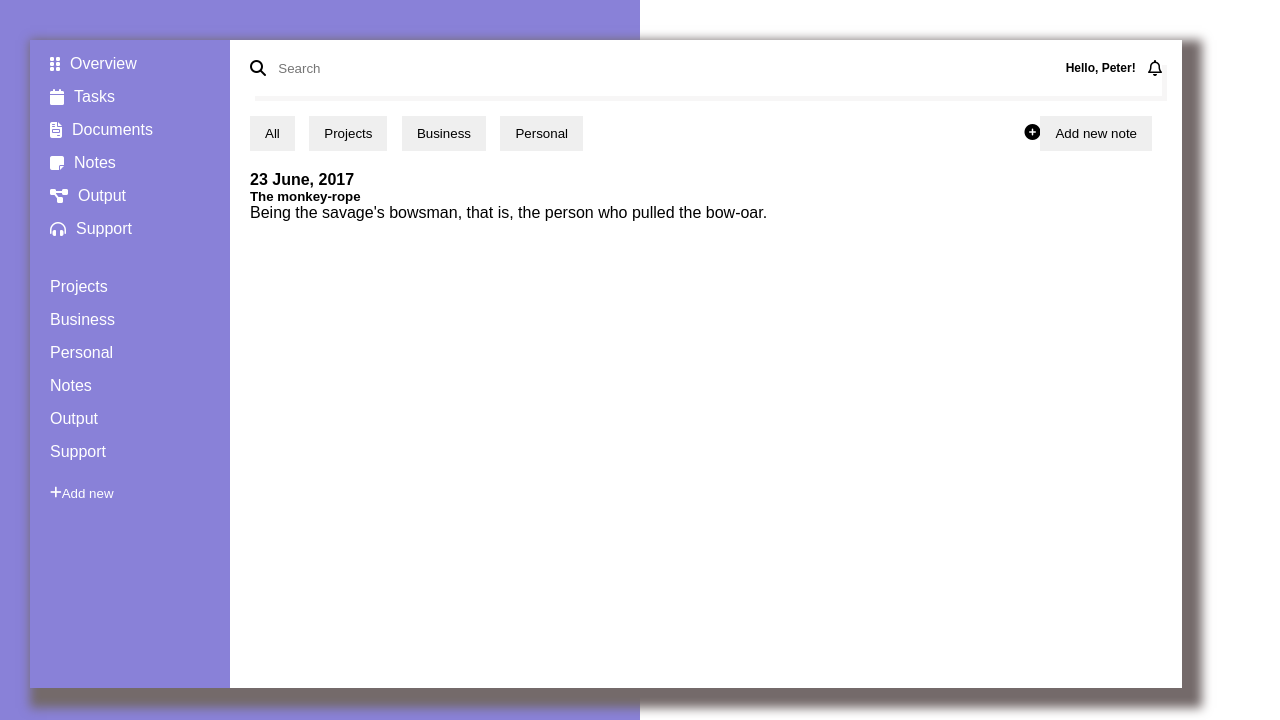
Repository: SatenikGabrielyan/HTML_CSS-_Assignment
Page: index.html
These files come from the project's save history. The page is drawn as it stood at one moment and after the next save; the edit follows.
The browser window is 1280 px wide. The pictures show the whole page.
Some web libraries are served in a nearby version.

Above is the page before, as saved 2025-03-18 00:29:33.

After the next save:
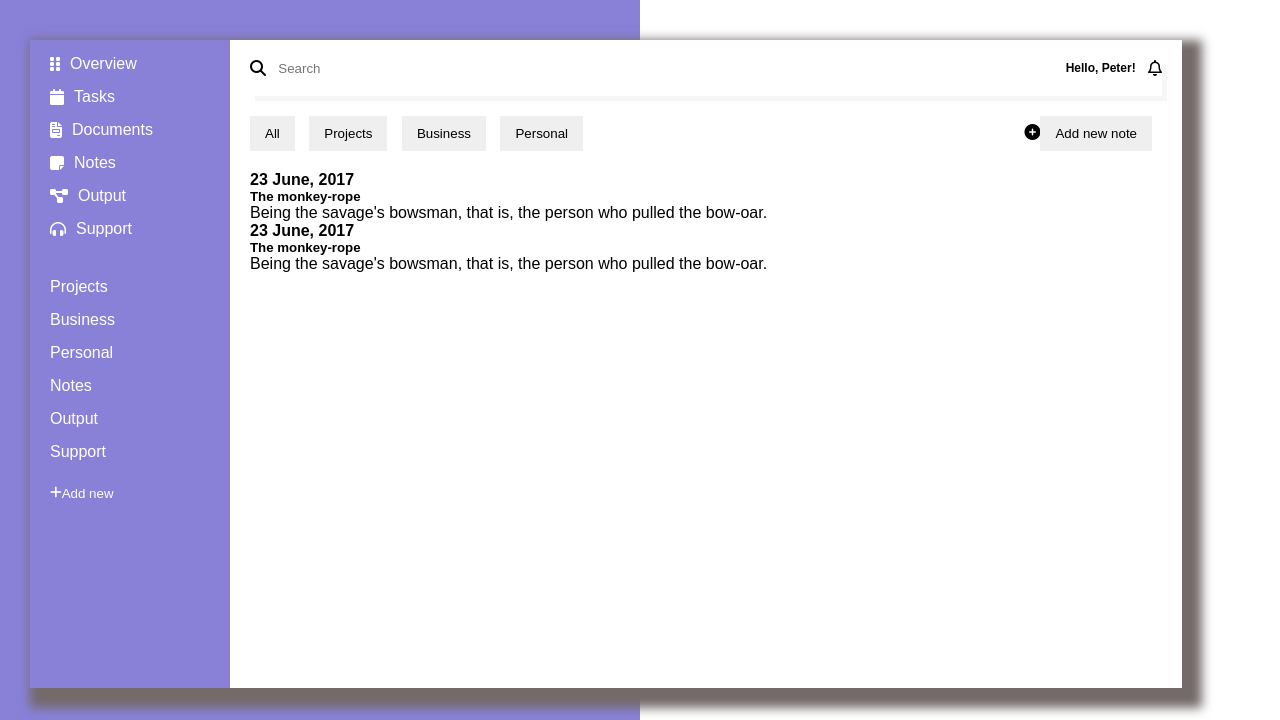
Saved 11 s later.
--- a/index.html
+++ b/index.html
@@ -95,6 +95,11 @@
                 <h5>The monkey-rope</h5>
                 <p>Being the savage's bowsman, that is, the person who pulled the bow-oar.</p>
             </div>
+            <div class="card">
+                <h4>23 June, 2017</h4>
+                <h5>The monkey-rope</h5>
+                <p>Being the savage's bowsman, that is, the person who pulled the bow-oar.</p>
+            </div>
         </div>
     </div>
     </main>
